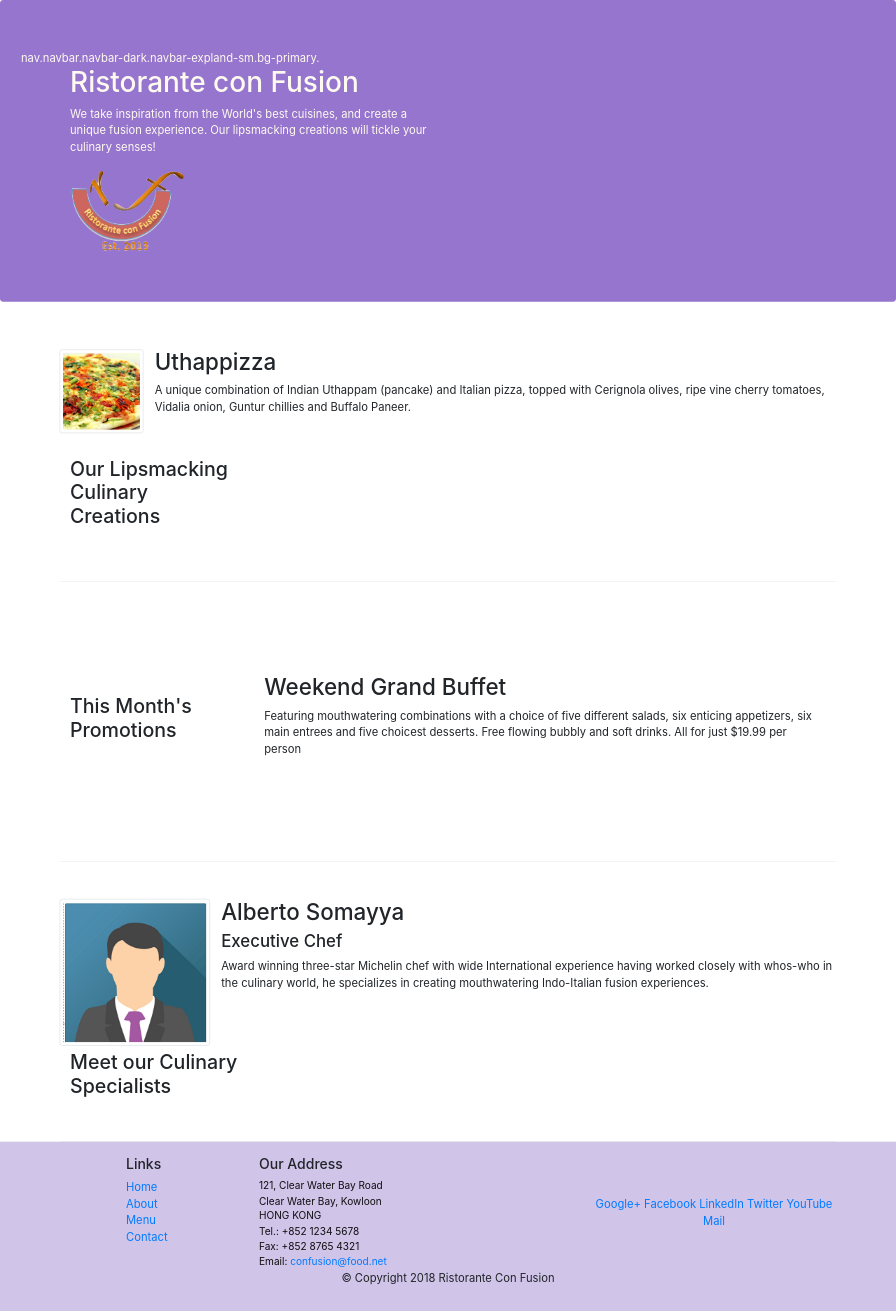
Repository: HwZau/conFusion
Page: index.html
An editor plug-in stored every save of this project. The page is shown before and after a run of saves, followed by the edit.
The browser window is 1280 px wide. The pictures show the whole page, at 70% of full size.

Above is the page before, as saved 2022-05-20 14:32:33.

### index.html
<!DOCTYPE html>
<html lang="en">
  <head>
    <meta charset="utf-8" />
    <meta
      name="viewport"
      content="width=device-width, initial-scale=1, shrink-to-fit=no"
    />
    <meta http-equiv="x-ua-compatible" content="ie=edge" />
    <title>Ristorante Con Fusion</title>
    <link
      rel="stylesheet"
      href="node_modules/bootstrap/dist/css/bootstrap.min.css"
    />
    <link rel="stylesheet" href="css/style.css" />
  </head>

  <body>
    <header class="jumbotron">
      nav.navbar.navbar-dark.navbar-expland-sm.bg-primary.
      <div class="container">
        <div class="row row-header">
          <div class="col-12 col-sm-6">
            <h1>Ristorante con Fusion</h1>
            <p>
              We take inspiration from the World's best cuisines, and create a
              unique fusion experience. Our lipsmacking creations will tickle
              your culinary senses!
            </p>
          </div>

        </div>
        <div class="col-12 col-sm align-self-center">
          <img src="img/logo.png" alt="" class="img-fluid">
        </div>
      </div>
    </header>

    <div class="container">
      <div class="row row-content align-items-center">
        <div class="media">
          <img src="img/uthappizza.png" alt="Ubhappizza" class="d-flex mr-3 img-thumbnail align-self-center">
          <div class="meadia-body">
            <h2>Uthappizza</h2>
            <p>
              A unique combination of Indian Uthappam (pancake) and Italian pizza,
              topped with Cerignola olives, ripe vine cherry tomatoes, Vidalia
              onion, Guntur chillies and Buffalo Paneer.
            </p>
          </div>
        </div>

        <div class="col-12 col-sm-4 col-md-3">
          <h3>Our Lipsmacking Culinary Creations</h3>
        </div>
      </div>

      <div class="row row-content align-items-center">
        <div class="col-12 col-sm-4 col-md-3">
          <h3>This Month's Promotions</h3>
        </div>
        <div class="col col-sm col-md">
          <h2>Weekend Grand Buffet</h2>
          <p>
            Featuring mouthwatering combinations with a choice of five different
            salads, six enticing appetizers, six main entrees and five choicest
            desserts. Free flowing bubbly and soft drinks. All for just $19.99
            per person
          </p>
        </div>
      </div>

      <div class="row row-content align-items-center">
        <div class="media">
          <img src="img/alberto.png" alt="Alberto Somayya" class="d-flex mr-3 img-thumbnail align-self-center">
          <div class="media-body">
            <h2>Alberto Somayya</h2>
            <h4>Executive Chef</h4>
            <p>
              Award winning three-star Michelin chef with wide International
              experience having worked closely with whos-who in the culinary
              world, he specializes in creating mouthwatering Indo-Italian fusion
              experiences.
            </p>
          </div>
        </div>

        <div class="col-12 col-sm-4 col-md-3">
          <h3>Meet our Culinary Specialists</h3>
        </div>
      </div>
    </div>

    <footer class="footer">
      <div class="container">
        <div class="row">
          <div class="col-4 offset-1 col-sm-2">
            <h5>Links</h5>
            <ul class="list-unstyled">
              <li><a href="#">Home</a></li>
              <li><a href="#">About</a></li>
              <li><a href="#">Menu</a></li>
              <li><a href="#">Contact</a></li>
            </ul>
          </div>
          <div class="col-7 col-sm-5">
            <h5>Our Address</h5>
            <address>
              121, Clear Water Bay Road<br />
              Clear Water Bay, Kowloon<br />
              HONG KONG<br />
              Tel.: +852 1234 5678<br />
              Fax: +852 8765 4321<br />
              Email: <a href="mailto:confusion@food.net">confusion@food.net</a>
            </address>
          </div>
          <div class="col-12 col-sm-4 align-self-center">
            <div class="text-center">
              <a href="http://google.com/+">Google+</a>
              <a href="http://www.facebook.com/profile.php?id=">Facebook</a>
              <a href="http://www.linkedin.com/in/">LinkedIn</a>
              <a href="http://twitter.com/">Twitter</a>
              <a href="http://youtube.com/">YouTube</a>
              <a href="mailto:">Mail</a>
            </div>
          </div>
        </div>
        <div class="row justify-content-center">
          <div class="col-auto">
            <p>© Copyright 2018 Ristorante Con Fusion</p>
          </div>
        </div>
      </div>
    </footer>

    <script src="node_modules/jquery/dist/jquery.slim.min.js"></script>
    <script src="node_modules/popper.js/dist/umd/popper.min.js"></script>
    <script src="node_modules/bootstrap/dist/js/bootstrap.min.js"></script>
  </body>
</html>

### css/style.css

.row-header {
	margin: 0px auto;
	padding: 0px auto;
}

.row-content {
	margin: 0 auto;
	padding: 50px 0px 50px 0px;
	border-bottom: 1px ridge;
	min-height: 400px;
}

.footer {
	background-color: #D1C4E9;
	margin: 0px auto;
	padding: 20px 0px 20px 0px;
}

.jumbotron {
	padding: 70px 30px 70px 30px;
	margin: 0px auto;
	background: #9575CD;
	color: floralwhite;
}

address {
	font-size: 90%;
	margin: 0px;
	color:#0f0f0f;
}

Loaded but not shown: node_modules/bootstrap/dist/css/bootstrap.min.css (library); node_modules/jquery/dist/jquery.slim.min.js (library); node_modules/popper.js/dist/umd/popper.min.js (library); node_modules/bootstrap/dist/js/bootstrap.min.js (library)

After the next 3 saves:
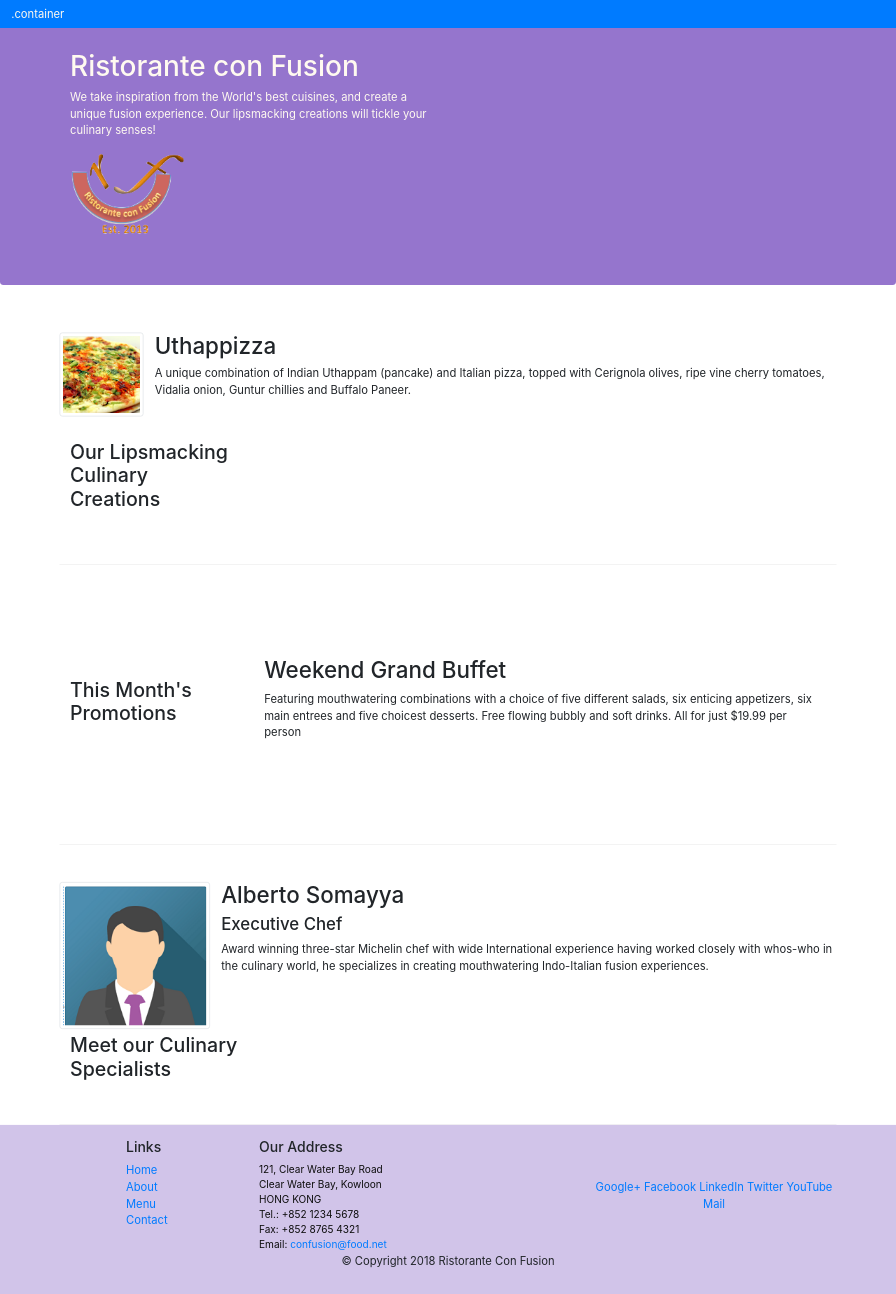
The 3 saves are shown as one change because they came seconds apart.
The last was saved 12 s later.
--- a/index.html
+++ b/index.html
@@ -17,7 +17,9 @@
 
   <body>
     <header class="jumbotron">
-      nav.navbar.navbar-dark.navbar-expland-sm.bg-primary.
+      <nav class="navbar navbar-dark navbar-expland-sm bg-primary fixed-top">
+        .container
+      </nav>
       <div class="container">
         <div class="row row-header">
           <div class="col-12 col-sm-6">
